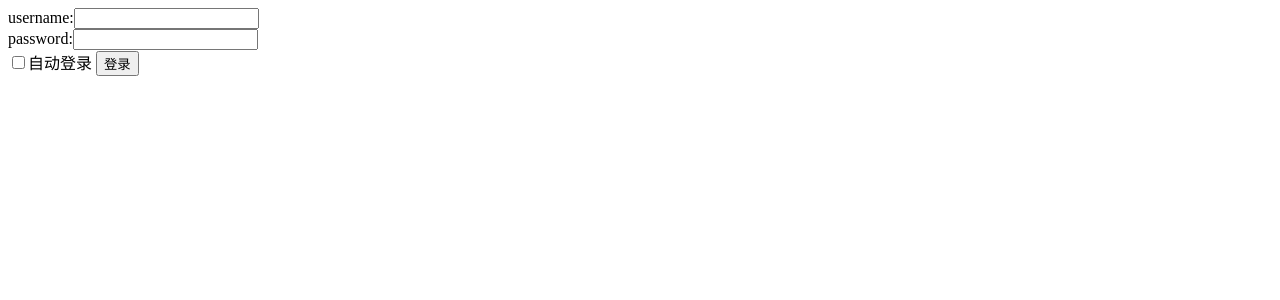
Repository: 0qiqi0/DOM-CSS-JS-JSP-study
Page: http://localhost/JSP2_03_form_trasmit/cookie/login.jsp
An editor plug-in stored every save of this project. The page is shown before and after the next save, followed by the edit.
The browser window is 1280 px wide. The pictures show the whole page.
The page is served by Tomcat 9.

Above is the page before, as saved 2016-01-29 15:14:54.

### JSP2_03_form_trasmit/WebContent/cookie/login.jsp
<%@ page language="java" contentType="text/html; charset=UTF-8"
    pageEncoding="UTF-8"%>
<!DOCTYPE html PUBLIC "-//W3C//DTD HTML 4.01 Transitional//EN" "http://www.w3.org/TR/html4/loose.dtd">
<html>
<head>
<meta http-equiv="Content-Type" content="text/html; charset=UTF-8">
<title>Insert title here</title>
</head>
<body>
	<form action="">
		username:<input type="text" name="name"/><br/>
		password:<input type="password" name="pwd"/><br/>
		<input type="checkbox" value="y"/>自动登录
		<input type="submit" value="登录"/>

	</form>
</body>
</html>

After the next save:
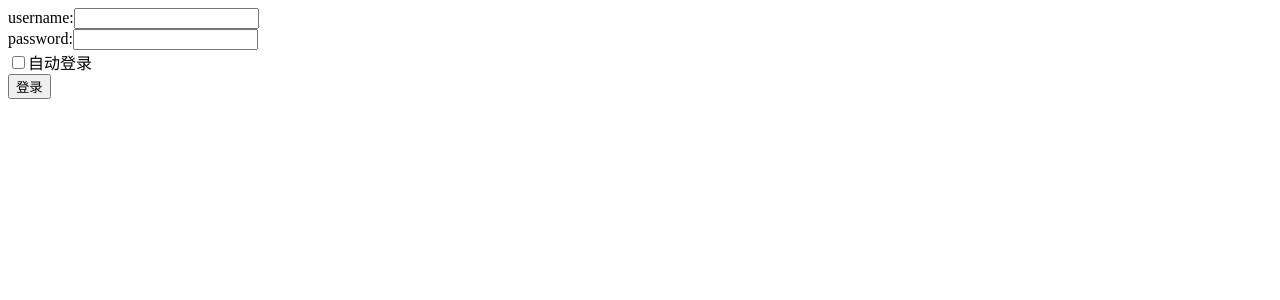
Saved 27 s later.
--- a/JSP2_03_form_trasmit/WebContent/cookie/login.jsp
+++ b/JSP2_03_form_trasmit/WebContent/cookie/login.jsp
@@ -10,7 +10,7 @@
 	<form action="">
 		username:<input type="text" name="name"/><br/>
 		password:<input type="password" name="pwd"/><br/>
-		<input type="checkbox" value="y"/>自动登录
+		<input type="checkbox" value="y" name="isLogin"/>自动登录<br/>
 		<input type="submit" value="登录"/>
 
 	</form>
